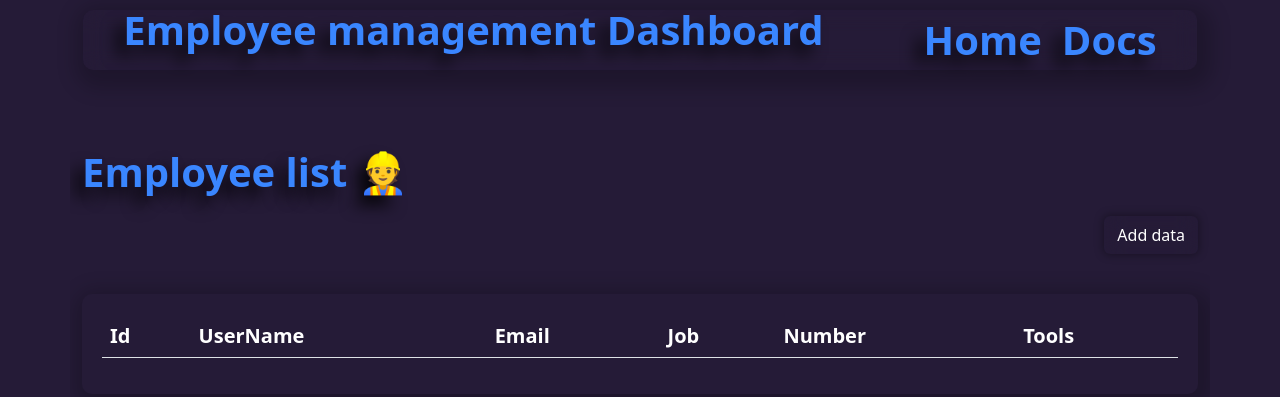
Repository: iamevs/Employee-Management-System
Page: /home (app in client/)
These files come from the project's save history. The page is drawn as it stood at one moment and after the next save; the edit follows.
The browser window is 1280 px wide. The pictures show the whole page.
The page's requests for data from a server got no answer. The project was rebuilt for these pictures with package versions that can differ from the ones it lists, and the page was loaded fresh each time. No one was signed in, and anything a server would have sent is missing. Also part of the build but not shown: client/vite.config.js, client/src/components/Register.jsx, client/src/components/Edit.jsx, client/src/components/Hero.jsx. Imported but missing from the stored project, and not drawn on this page: client/src/components/Details.

Above is the page before, as saved 2022-11-29 00:28:17.

After the next save:
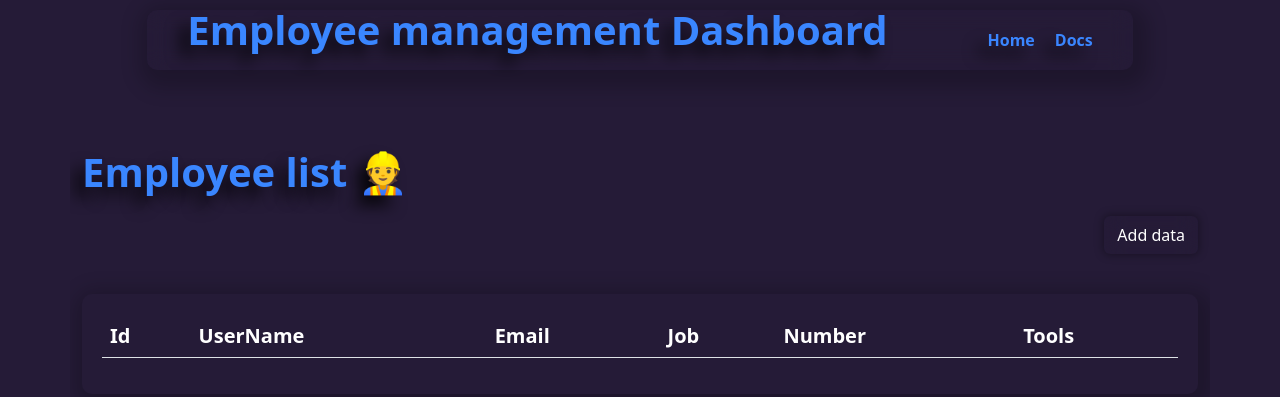
Saved 8 s later.
--- a/client/src/components/Navbar.jsx
+++ b/client/src/components/Navbar.jsx
@@ -27,7 +27,7 @@ const Navbar = () => {
                 }}>Employee management Dashboard</Box>
                 <Box direction={"row"}>
                     <a href="/home" style={{
-                        fontSize: "2.5rem",
+                        fontSize: "1rem",
                         color: "#3a86ff",
                         fontWeight: "600",
                         marginBottom: "20px",
@@ -35,7 +35,7 @@ const Navbar = () => {
                         textDecoration: "none",
                     }}>Home</a>
                     <a href="/" style={{
-                        fontSize: "2.5rem",
+                        fontSize: "1rem",
                         color: "#3a86ff",
                         fontWeight: "600",
                         marginBottom: "20px",
